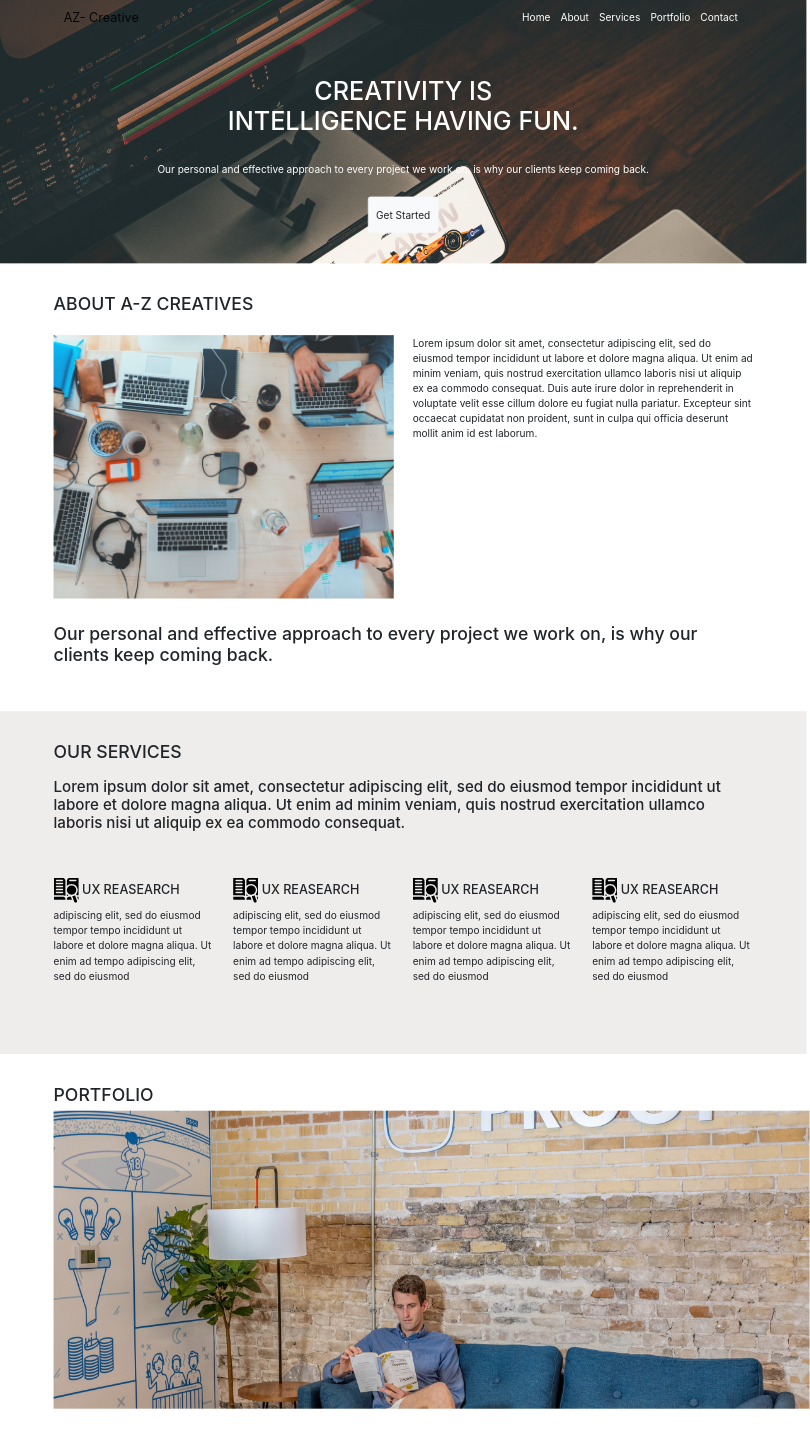
Repository: Syfon01/hng-port
Page: index.html
These files come from the project's save history. The page is drawn as it stood at one moment and after a run of saves; the edit follows.
The browser window is 1280 px wide. The page is 1285 px wide, then 1280 px, so the pictures cover 1285 px, including what lies to the right of the window. The pictures show the whole page, at 63% of full size.

Above is the page before, as saved 2020-06-27 20:57:22.

After the next 2 saves:
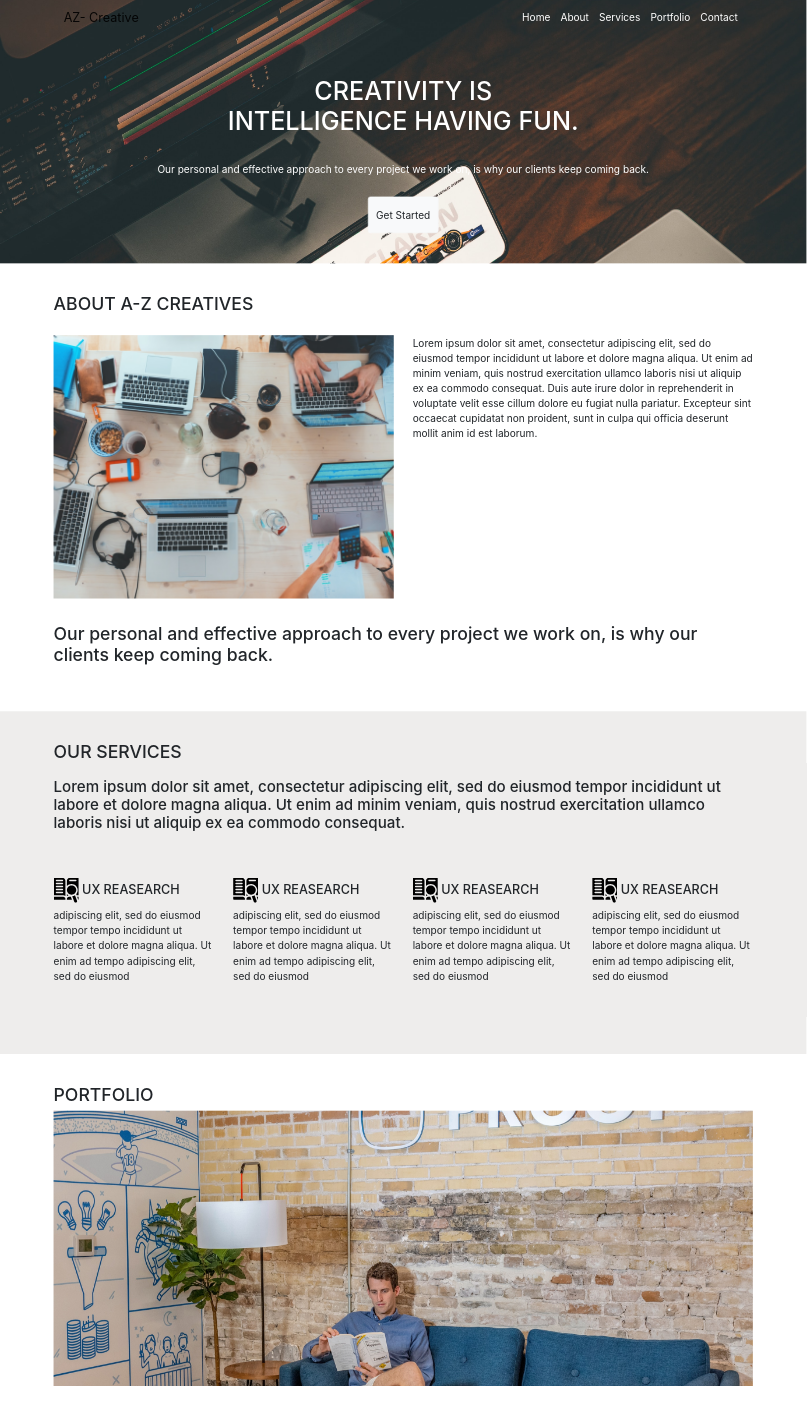
The 2 saves are shown as one change because they came seconds apart.
The last was saved 11 s later.
--- a/index.html
+++ b/index.html
@@ -126,7 +126,7 @@
         <div class="container py-5">
           <h3>PORTFOLIO</h3>
           <div class="img">
-            <img src="./img/portfolio.png" alt="">
+            <img src="./img/portfolio.png" alt="" class="img-fluid">
           </div>
         </div>
     </section>
